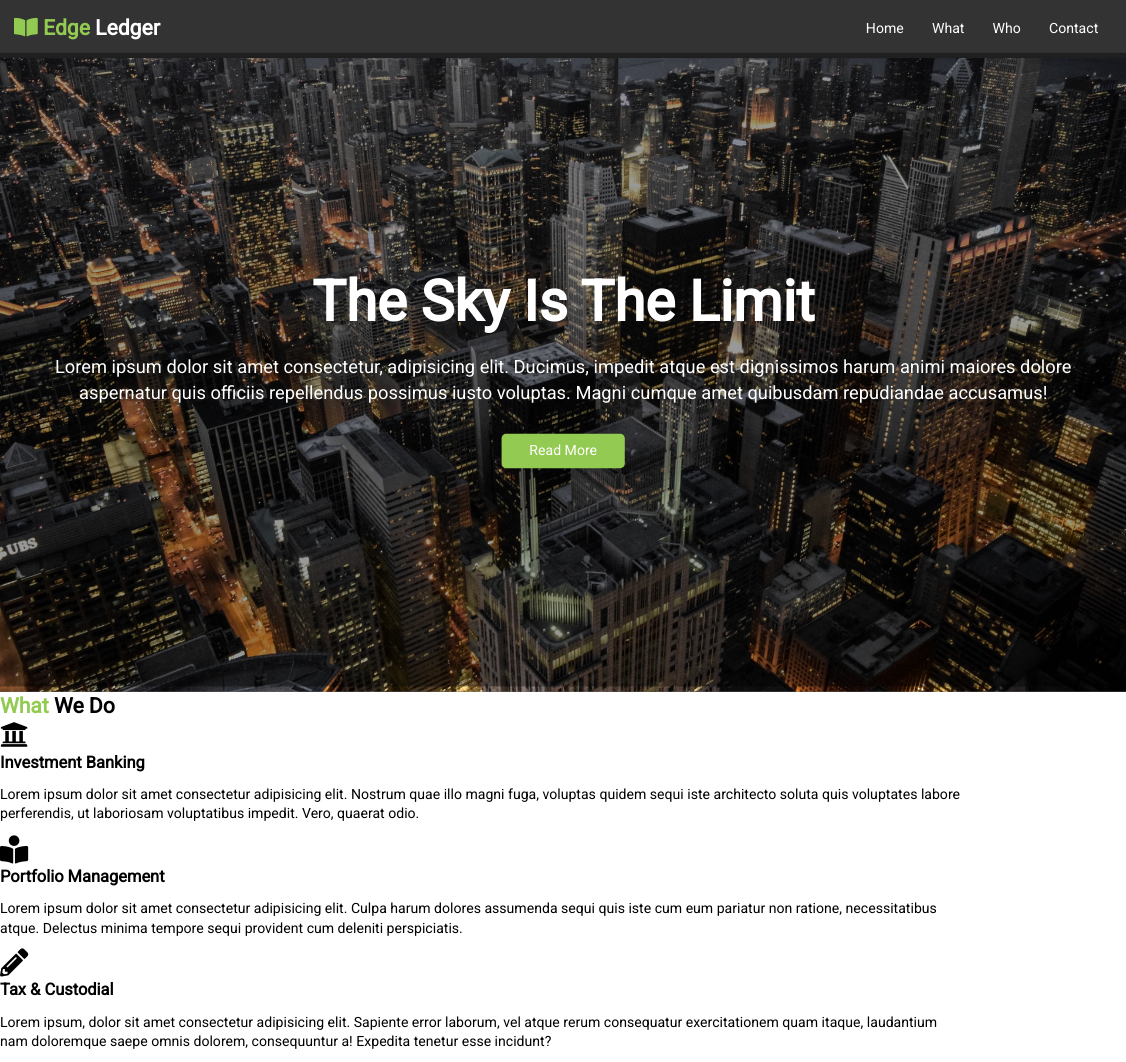
Repository: minhtien9/EdgeLedger-Financial-Web
Page: index.html
An editor plug-in stored every save of this project. The page is shown before and after the next save, followed by the edit.
The browser window is 1280 px wide. The pictures show the whole page, at 88% of full size.

Above is the page before, as saved 2021-08-16 22:12:51.

After the next save:
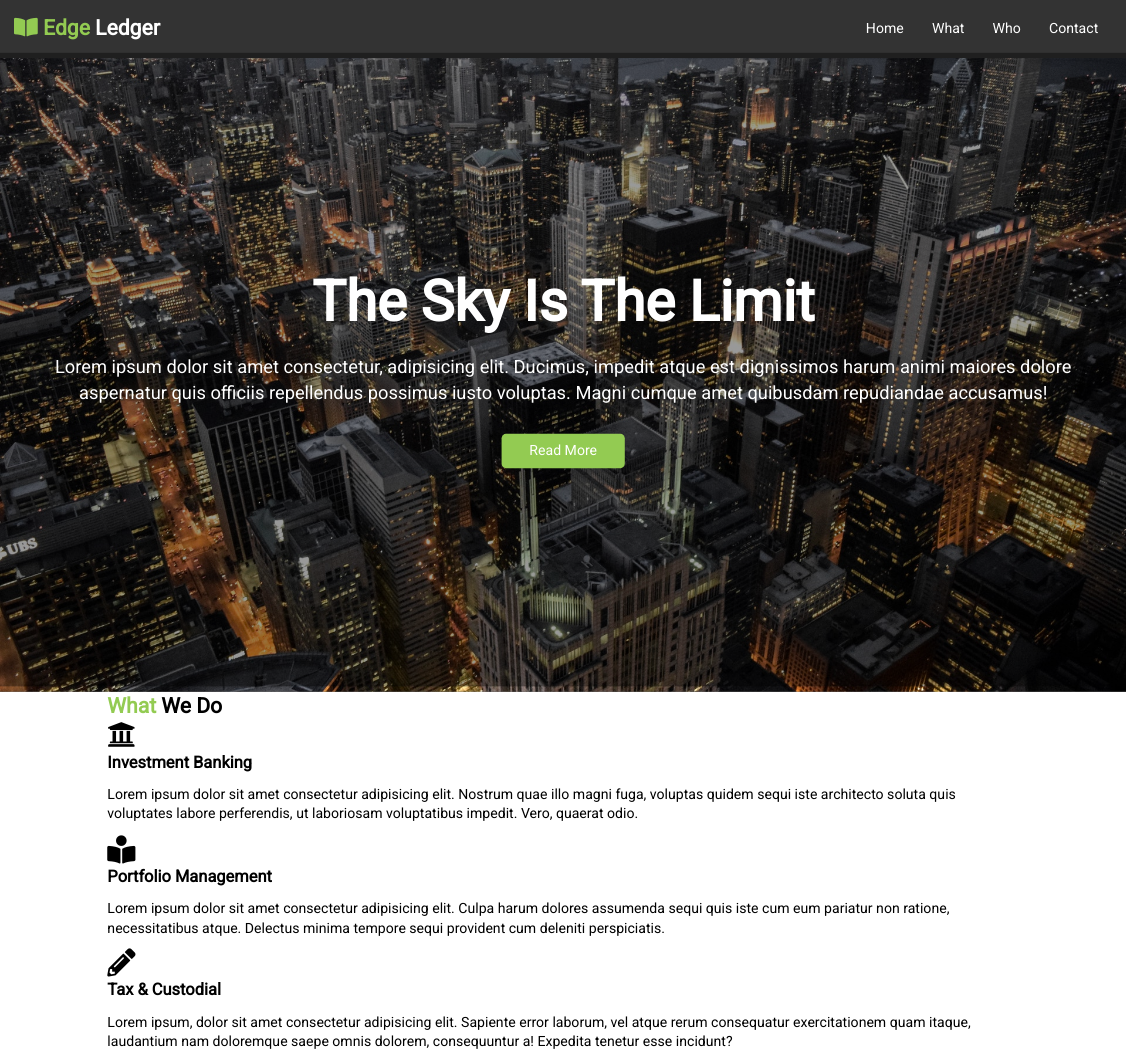
Saved 12 s later.
--- a/css/style.css
+++ b/css/style.css
@@ -23,6 +23,8 @@
 
 .container {
     max-width: 1100px;
+    margin: auto;
+    padding: 0 2rem;
 }
 
 .text-primary {
